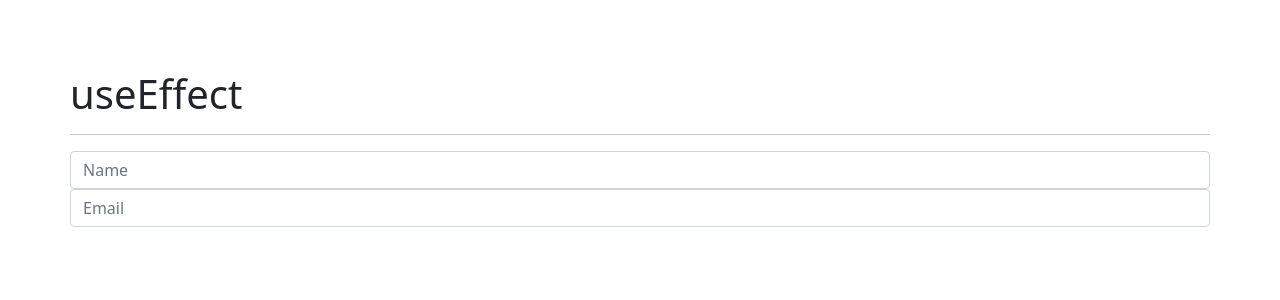
Repository: ppfeliuu/hooks-app
Page: /
An editor plug-in stored every save of this project. The page is shown before and after the next save, followed by the edit.
The browser window is 1280 px wide. The pictures show the whole page.
The project was rebuilt for these pictures with package versions that can differ from the ones it lists, and the page was loaded fresh each time. Also part of the build but not shown: src/components/01-useState/CounterApp.js, src/hooks/useCounter.js, src/components/01-useState/CounterWithCustomHook.js, src/components/02-useEffect/Message.js, src/HookApp.js.

Above is the page before, as saved 2021-05-29 18:00:03.

After the next save:
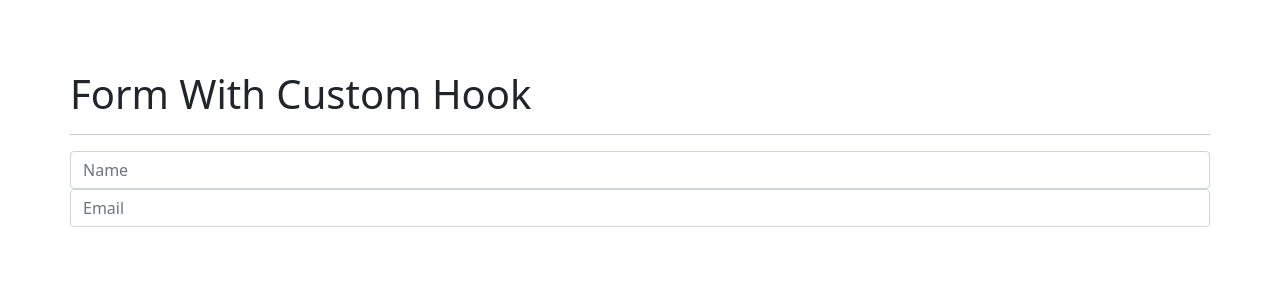
Saved 19 s later.
--- a/src/index.js
+++ b/src/index.js
@@ -2,7 +2,8 @@ import React from "react";
 import ReactDOM from "react-dom";
 import { CounterApp } from "./components/01-useState/CounterApp";
 import { CounterWithCustomHook } from "./components/01-useState/CounterWithCustomHook";
+import { FormWithCustomHook } from "./components/02-useEffect/FOrmWithCustomHook";
 import { SimpleForm } from "./components/02-useEffect/SimpleForm";
 import { HookApp } from "./HookApp";
 
-ReactDOM.render(<SimpleForm />, document.getElementById("root"));
+ReactDOM.render(<FormWithCustomHook />, document.getElementById("root"));
